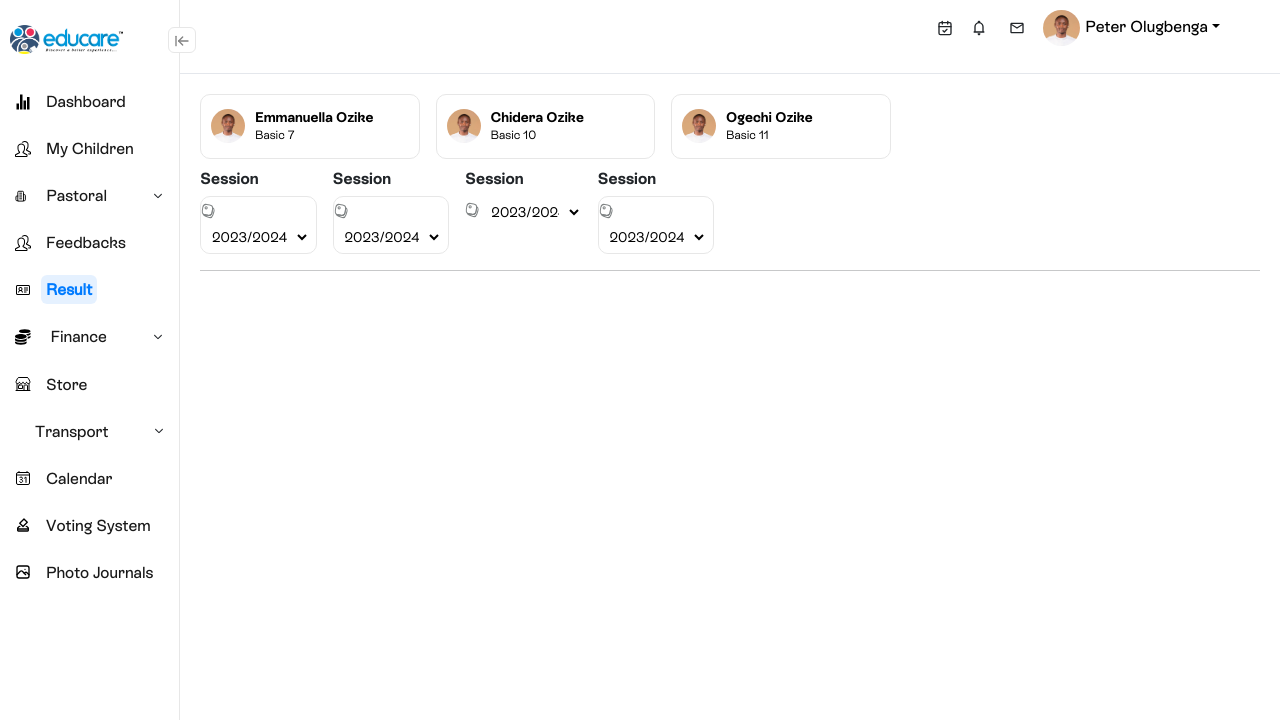
Repository: sarahnnanyelugo/educare-dashboards
Page: /result
The author's editor kept a copy of each file at every save. The page is drawn from the files as they stood at one save, then again after the next save.
The browser window is 1280 px wide. The pictures show the whole page.
The project was rebuilt for these pictures with package versions that can differ from the ones it lists, and the page was loaded fresh each time. Also part of the build but not shown: src/Dashboards/Parents/MainView/main-view.scss, src/components/News/news.scss, src/components/News/News.js, src/TestData/newsData.js, src/TestData/schEvents.js, src/components/ResultChart/ResultChart.js, src/components/Calender/calender.scss, src/components/Calender/Calender.js and 13 more.

Above is the page before, as saved 2024-10-16 12:10:52.

After the next save:
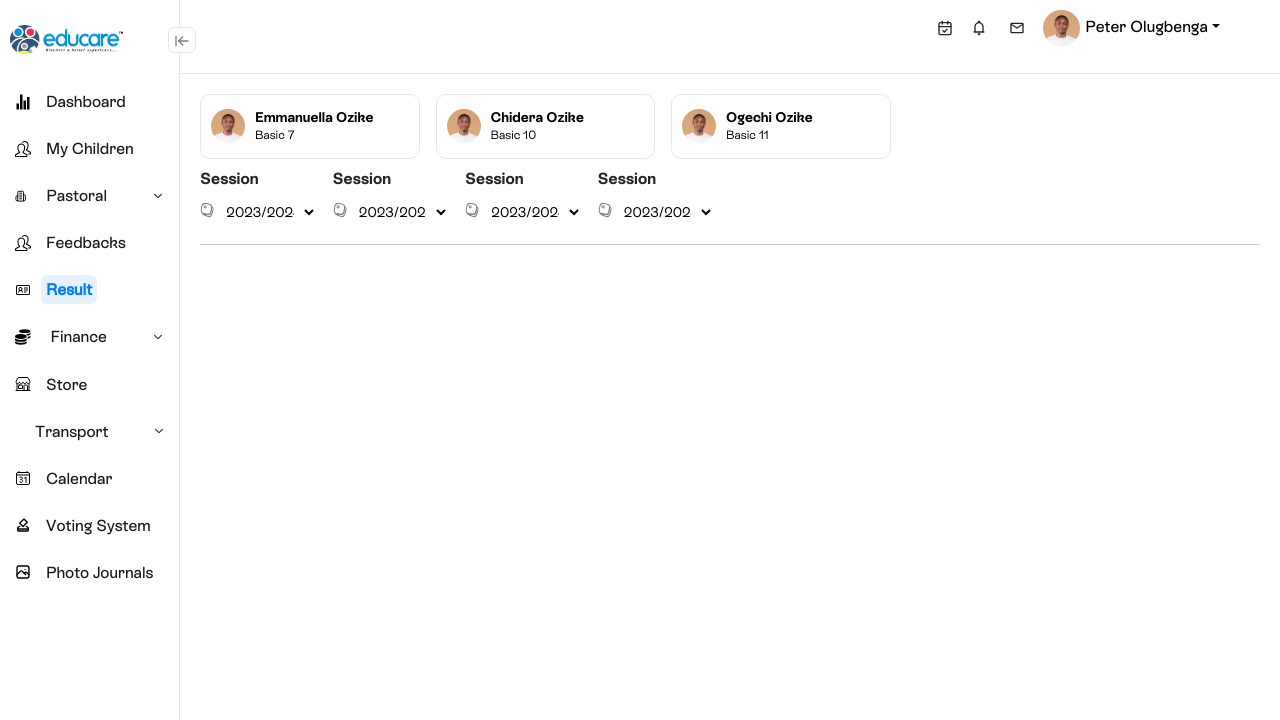
Saved 54 s later.
--- a/src/Dashboards/Parents/Result/Result.js
+++ b/src/Dashboards/Parents/Result/Result.js
@@ -33,7 +33,7 @@ export const Result = () => {
           <div className="row row-cols-2 row-cols-lg-4 g-2 g-lg-3 col-md-6">
             <div className=" col">
               <h6>Session</h6>
-              <div className="card  d-flex col">
+              <div className="select-div  d-flex col">
                 {" "}
                 <div>
                   {" "}
@@ -46,7 +46,7 @@ export const Result = () => {
             </div>
             <div className=" col">
               <h6>Session</h6>
-              <div className="card  d-flex col">
+              <div className="select-div  d-flex col">
                 {" "}
                 <div>
                   {" "}
@@ -59,7 +59,7 @@ export const Result = () => {
             </div>
             <div className=" col">
               <h6>Session</h6>
-              <div className="  d-flex col">
+              <div className="select-div  d-flex col">
                 {" "}
                 <div>
                   {" "}
@@ -72,7 +72,7 @@ export const Result = () => {
             </div>
             <div className=" col">
               <h6>Session</h6>
-              <div className="card  d-flex col">
+              <div className="select-div  d-flex col">
                 {" "}
                 <div>
                   {" "}
